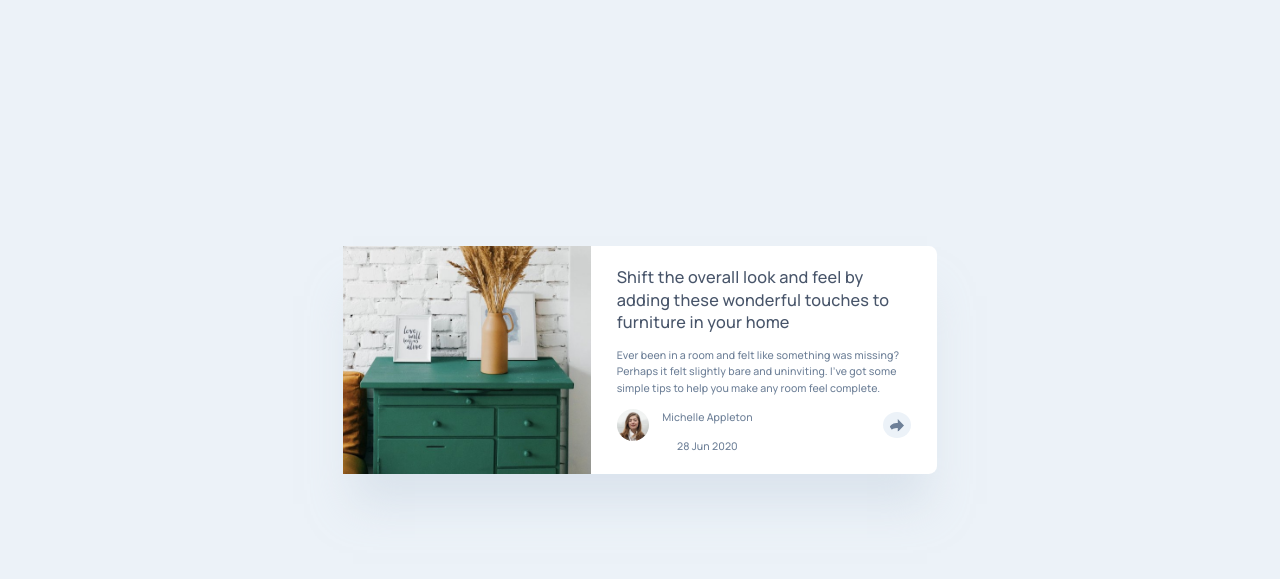
Repository: brandontaylor1/article-preview-component
Page: index.html
The author's editor kept a copy of each file at every save. The page is drawn from the files as they stood at one save, then again after the next save.
The browser window is 1280 px wide. The pictures show the whole page.

Above is the page before, as saved 2025-01-13 22:22:58.

### index.html
<!DOCTYPE html>
<html lang="en">
<head>
    <meta charset="UTF-8">
    <meta name="viewport" content="width=device-width, initial-scale=1.0">
    <link rel="preconnect" href="https://fonts.googleapis.com">
    <link rel="preconnect" href="https://fonts.gstatic.com" crossorigin>
    <link href="https://fonts.googleapis.com/css2?family=Manrope:wght@200..800&display=swap" rel="stylesheet">
    <link rel="stylesheet" href="styles.css">
    <title>Article Preview Component</title>
</head>
<body>

    <div class="container">
        <main class="component">
            <div class="img-container">

            </div>
            <div class="component-content">
                <h2>Shift the overall look and feel by adding these wonderful touches to furniture in your home</h2>
                <p>Ever been in a room and felt like something was missing? Perhaps it felt slightly bare and uninviting. I’ve got some simple tips to help you make any room feel complete.</p>
                    <div class="social-box">
                        <div class="social-info">
                            <img src="./assets/images/avatar-michelle.jpg" alt="Picture of User Michelle">
                            <div class="social-info-text">
                                <p>Michelle Appleton</p>
                                <p>28 Jun 2020</p>
                            </div>
                        </div>
                    <img src="./assets/images/icon-share.svg" class="share-btn" alt="Share Icon">
                </div>
            </div>
        </main>
    </div>

    <script src="index.js"></script>
</body>
</html>

### styles.css
* {
    margin: 0;
    padding: 0;
    box-sizing: border-box;
}

:root {
    /* COLORS */
    --dark-grayish-blue: hsl(217, 19%, 35%);
    --desaturated-dark-blue: hsl(214, 17%, 51%);
    --grayish-blue: hsl(212, 23%, 69%);
    --light-grayish-blue: hsl(210, 46%, 95%);
}

html {
    font-size: 13px;
}

body {
    font-family: 'Nunito', sans-serif;
    background-color: var(--light-grayish-blue);
}

.container {
    height: 100vh;
    display: flex;
    justify-content: center;
    align-items: center;

}

.component {
    width: 45.625rem;
    height: 17.5rem;
    display: flex;
    align-items: center;
    justify-content: space-between;
    border-radius: 0.625rem;
    background: #FFF;
    box-shadow: 0px 40px 40px -10px rgba(201, 213, 225, 0.50);

}

.img-container {
    width: 21.87rem;
    height: 100%;
    display: flex;
    justify-content: center;
    align-items: center;
    background-image: url('./assets/images/drawers.jpg');
    background-size: cover;
    background-position: center;
    background-repeat: no-repeat;
}

.component-content {
    width: 30rem;
    padding: 2rem;
}

.component-content h2 {
    color: #48556A;
    font-family: Manrope;
    font-size: 1.25rem;
    font-style: normal;
    font-weight: 500;
    line-height: 1.75rem; /* 140% */
    letter-spacing: 0.01563rem;
    width: 100%;
}

.component-content p {
    color: #6E8098;
    font-family: Manrope;
    font-size: 0.8125rem;
    font-style: normal;
    font-weight: 500;
    line-height: 1.25rem; /* 153.846% */
    letter-spacing: 0.00763rem;
    margin-top: 1rem;
}

.social-box {
    display: flex;
    justify-content: space-between;
    align-items: center;
    width: 100%;
}

.social-info {
    display: flex;
    align-items: center;
    justify-content: center;

}

.social-info img {
    width: 2.5rem;
    height: 2.5rem;
    border-radius: 50%;
    margin-right: 1rem;
}

.social-info-text {
    display: flex;
    align-items: center;
    justify-content: center;
    flex-direction: column;
}

.share-btn {
    padding: .5rem;
    background-color: var(--light-grayish-blue);
    border-radius: 50%;
}

Loaded but not shown: index.js (no stored copy; drawn as an empty file)

After the next save:
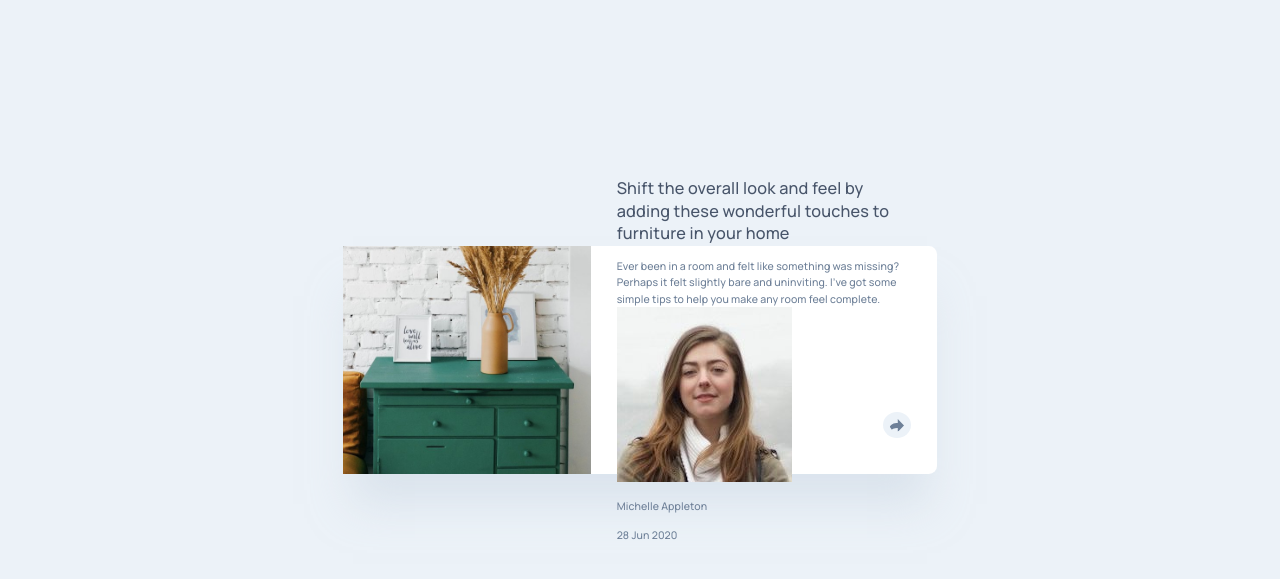
Saved 30 s later.
--- a/styles.css
+++ b/styles.css
@@ -87,6 +87,10 @@
     width: 100%;
 }
 
+
+
+
+/*
 .social-info {
     display: flex;
     align-items: center;
@@ -106,7 +110,7 @@
     align-items: center;
     justify-content: center;
     flex-direction: column;
-}
+} */
 
 .share-btn {
     padding: .5rem;

After the save that followed:
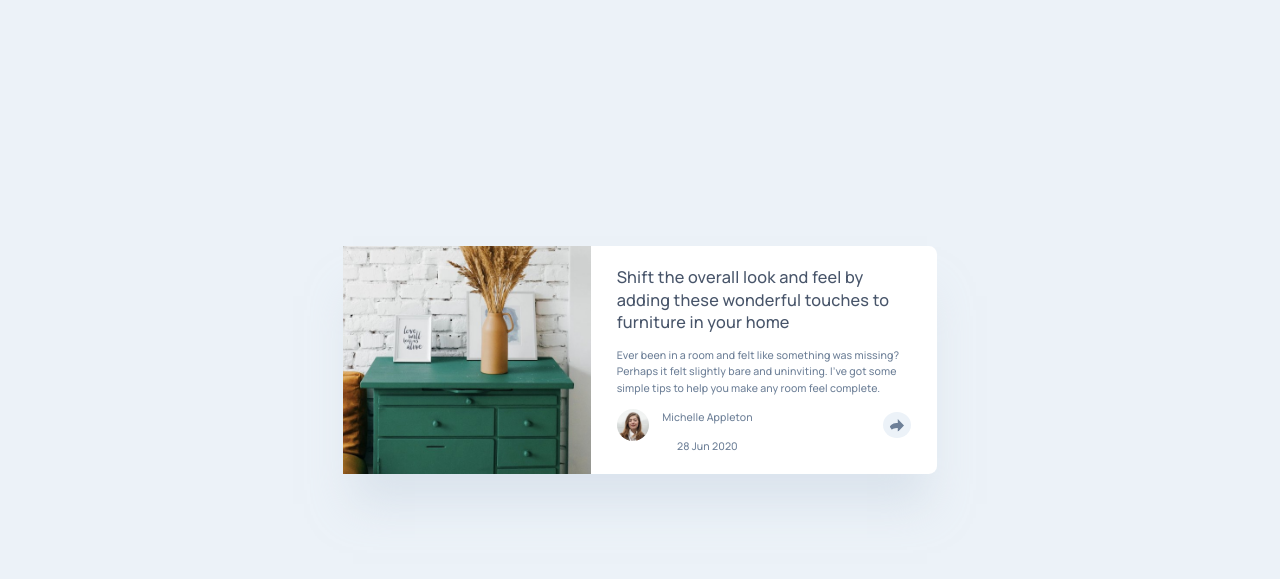
Saved 36 s later.
--- a/styles.css
+++ b/styles.css
@@ -87,10 +87,6 @@
     width: 100%;
 }
 
-
-
-
-/*
 .social-info {
     display: flex;
     align-items: center;
@@ -110,7 +106,7 @@
     align-items: center;
     justify-content: center;
     flex-direction: column;
-} */
+}
 
 .share-btn {
     padding: .5rem;
